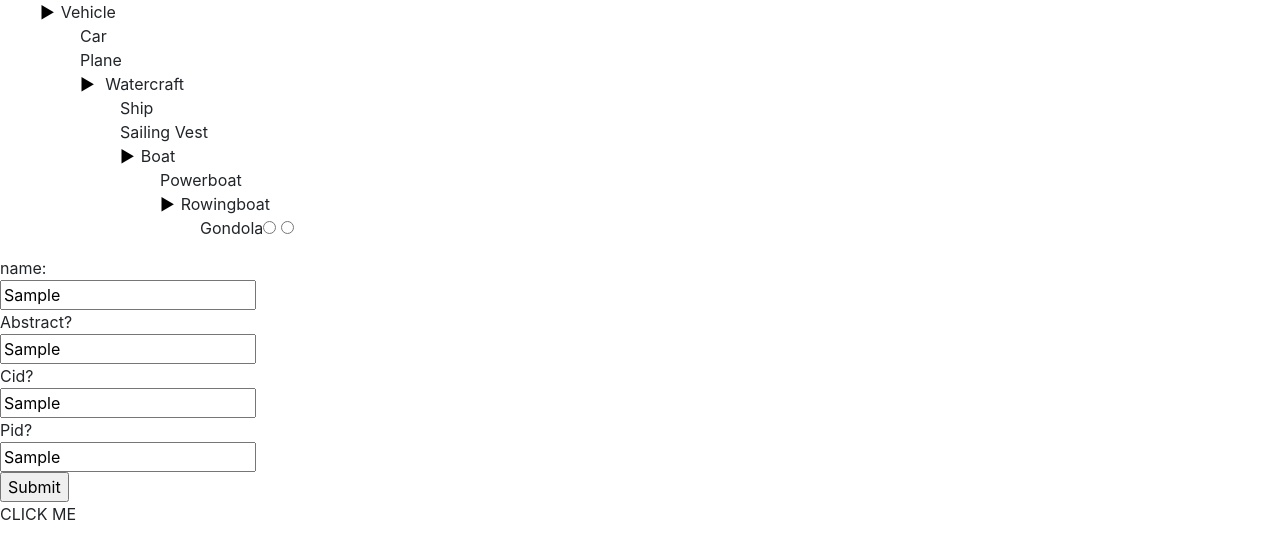
Repository: ked9268/Wonder
Page: http://localhost/cw3_mini_web_project_kjw42/WEB-INF/mainpage.jsp
These files come from the project's save history. The page is drawn as it stood at one moment and after the next save; the edit follows.
The browser window is 1280 px wide. The pictures show the whole page.
Empty fields were first filled with sample values (such as "Sample", 5 or name@example.com).
After loading, the first visible `span.caret` was clicked once.
Some web libraries are served in a nearby version. The page is served by Tomcat 9. Nobody is signed in. Other server files are loaded and not shown. The template is opened directly, without the code that normally fills it, so the values that code supplies are empty.

Above is the page before, as saved 2020-01-07 21:45:52.

### workspaceEE/cw3_mini_web_project_kjw42/WebContent/WEB-INF/mainpage.jsp
	<%@ page language="java" contentType="text/html; charset=ISO-8859-1"
    pageEncoding="ISO-8859-1"%>
	<!DOCTYPE html PUBLIC "-//W3C//DTD HTML 4.01 Transitional//EN" "http://www.w3.org/TR/html4/loose.dtd">
<html>
	<head>
		<meta http-equiv="Content-Type" content="text/html; charset=ISO-8859-1">
		<meta charset="utf-8">
    	<meta name="viewport" content="width=device-width, initial-scale=1, shrink-to-fit=no">
		<link rel="stylesheet" href="https://maxcdn.bootstrapcdn.com/bootstrap/4.0.0/css/bootstrap.min.css"
			integrity="sha384-Gn5384xqQ1aoWXA+058RXPxPg6fy4IWvTNh0E263XmFcJlSAwiGgFAW/dAiS6JXm" crossorigin="anonymous">

		<script>
				function load(){
				window.alert("Hello World!");
				var interact = document.getElementById("Gondola");
				interact.remove();
				}
		</script>
			<style>
			.caret {
  				cursor: pointer;
  				user-select: none; /* Prevent text selection */
			}
			.caret::before {
  				content: "\25B6";
 				 color: black;
 				 display: inline-block;
 				 margin-right: 6px;
			}
			ul {
 				 list-style-type: none;
			}
			</style>
				<title>mainpage</title>
	</head>
	<body>
		<ul>
			<li>
			<a class="caret" onClick="load()">Vehicle</a>
				<ul class="nested">
					<li>Car	</li>
					<li>Plane</li>
					<li><span class="caret" onClick="test()"> Watercraft</span>
						<ul class="nested">
							<li>Ship</li>
							<li>Sailing Vest</li>
							<li><span class="caret" onClick="load()">Boat</span>
								<ul class="nested">
									<li>Powerboat</li>
									<li><span class="caret" onClick="load()">Rowingboat</span>
											<ul class="nested">
												<li id="Gondola">Gondola<input type="radio" >&nbsp<input type="radio" > </li>
											</ul>
				 						</li>
									</ul>
								</li>
							</ul>
						</li>
					</ul>
				</li>
			</ul>
		<p id="demo"> </p>

		<form action="../../controllers/extractClassInfo.java">
  				name:<br>
  				<input type="text" name="name"><br>
 			 	Abstract?<br>
  				<input type="text" name="abstract"><br>
  Cid?<br>
  <input type="text" name="cid"><br>
  Pid?<br>
  <input type="text" name="pid"><br>
		  	<input type="submit" value="Submit">
		</form>

		<script src="https://code.jquery.com/jquery-3.2.1.slim.min.js" integrity="sha384-KJ3o2DKtIkvYIK3UENzmM7KCkRr/rE9/Qpg6aAZGJwFDMVNA/GpGFF93hXpG5KkN" crossorigin="anonymous"></script>
		<script src="https://cdnjs.cloudflare.com/ajax/libs/popper.js/1.12.9/umd/popper.min.js" integrity="sha384-ApNbgh9B+Y1QKtv3Rn7W3mgPxhU9K/ScQsAP7hUibX39j7fakFPskvXusvfa0b4Q" crossorigin="anonymous"></script>
		<script src="https://maxcdn.bootstrapcdn.com/bootstrap/4.0.0/js/bootstrap.min.js" integrity="sha384-JZR6Spejh4U02d8jOt6vLEHfe/JQGiRRSQQxSfFWpi1MquVdAyjUar5+76PVCmYl" crossorigin="anonymous"></script>
		<script>
		function test(){

			var run = '<ul><li><a>"Hello bro"</a></li></ul>'
			var btn = document.createElement("P");   // Create a <button> element
			btn.innerHTML = "CLICK ME";                   // Insert text
			document.body.appendChild(btn);
		}
		</script>
	</body>
</html>

After the next save:
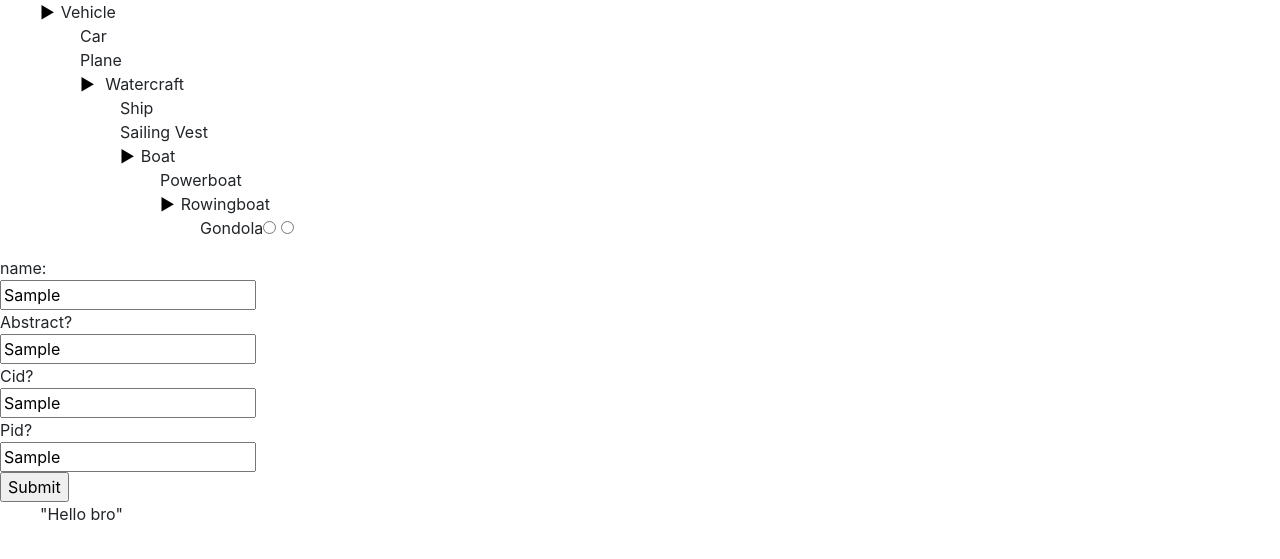
Saved 37 s later.
--- a/workspaceEE/cw3_mini_web_project_kjw42/WebContent/WEB-INF/mainpage.jsp
+++ b/workspaceEE/cw3_mini_web_project_kjw42/WebContent/WEB-INF/mainpage.jsp
@@ -79,9 +79,9 @@
 		<script>
 		function test(){
 
-			var run = '<ul><li><a>"Hello bro"</a></li></ul>'
-			var btn = document.createElement("P");   // Create a <button> element
-			btn.innerHTML = "CLICK ME";                   // Insert text
+			var run = '<li><a>"Hello bro"</a></li>'
+			var btn = document.createElement("UL");   // Create a <button> element
+			btn.innerHTML = run;                   // Insert text
 			document.body.appendChild(btn);
 		}
 		</script>
